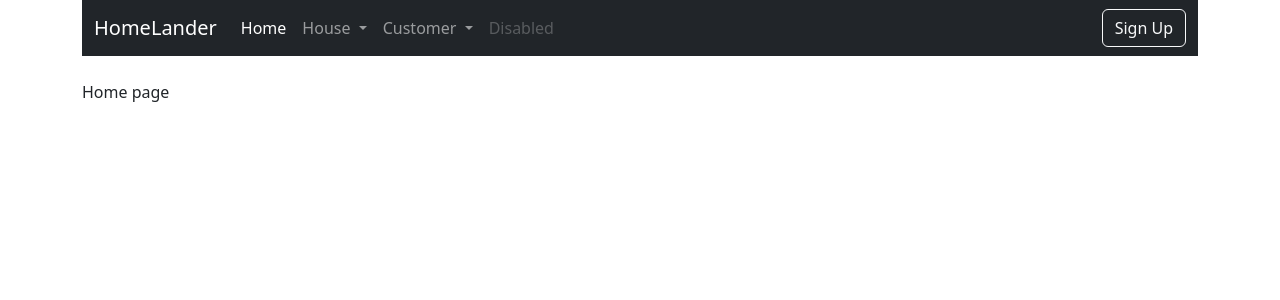
Repository: nguyenhung50497/MD3_caseStudy
Page: src/views/home.html
These files come from the project's save history. The page is drawn as it stood at one moment and after a run of saves; the edit follows.
The browser window is 1280 px wide. The pictures show the whole page.

Above is the page before, as saved 2023-01-04 08:19:43.

After the next 4 saves:
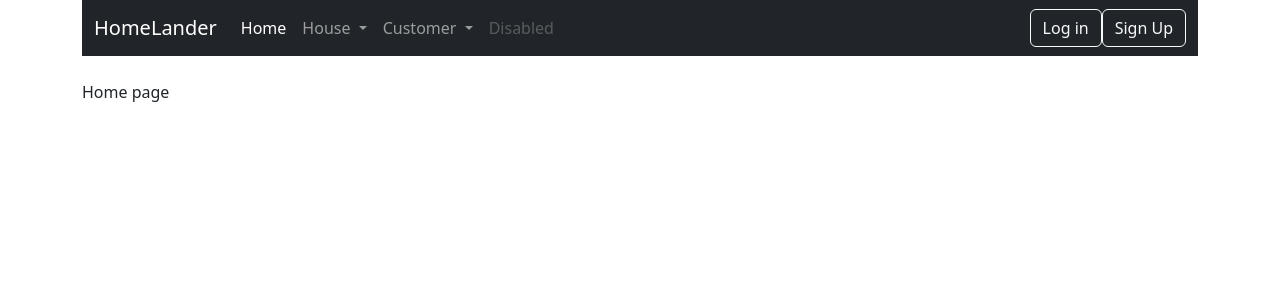
The 4 saves are shown as one change because they came seconds apart.
The last was saved 19 s later.
--- a/src/views/home.html
+++ b/src/views/home.html
@@ -47,6 +47,9 @@
               </li>
             </ul>
             <a href="/customer/signup">
+              <button class="btn btn-outline-light" type="submit">Log in</button>
+            </a>
+            <a href="/customer/signup">
               <button class="btn btn-outline-light" type="submit">Sign Up</button>
             </a>
           </div>
